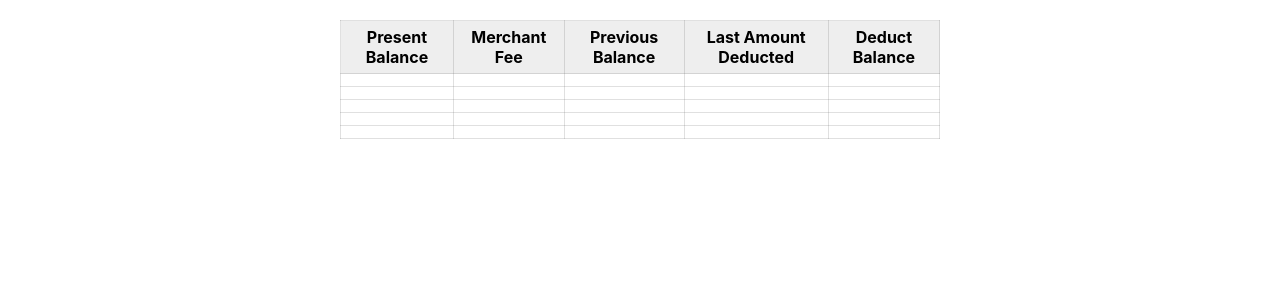
Repository: Anubhavgarg/pomelopay
Page: / (app in my-app/)
An editor plug-in stored every save of this project. The page is shown before and after the next save, followed by the edit.
The browser window is 1280 px wide. The pictures show the whole page.
The project was rebuilt for these pictures with package versions that can differ from the ones it lists, and the page was loaded fresh each time.

Above is the page before, as saved 2020-02-22 00:19:40.

After the next save:
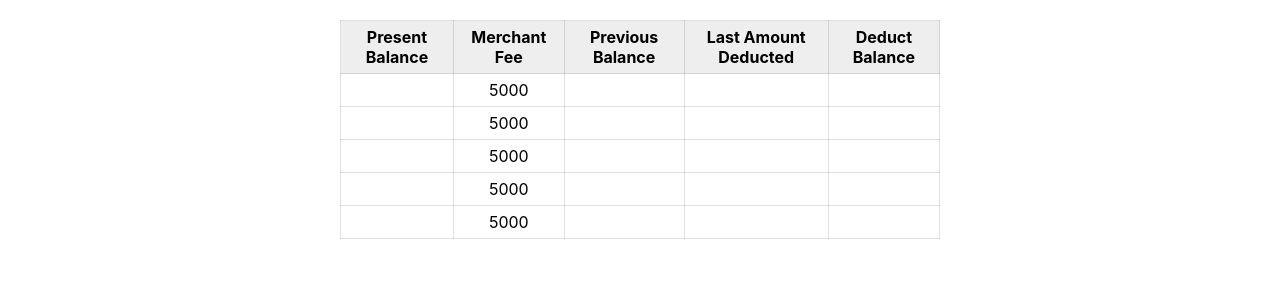
Saved 6 s later.
--- a/my-app/src/App.js
+++ b/my-app/src/App.js
@@ -31,7 +31,7 @@ function App() {
               return (
                 <tr key={item.presentBalance}>
                   <td>{item.merhantFee}</td>
-                  <td>{item.rank}</td>
+                  <td>{item.previousBalance}</td>
                   <td>{item.available}</td>
                   <td>{item.available}</td>
                   <td>{item.available}</td>
